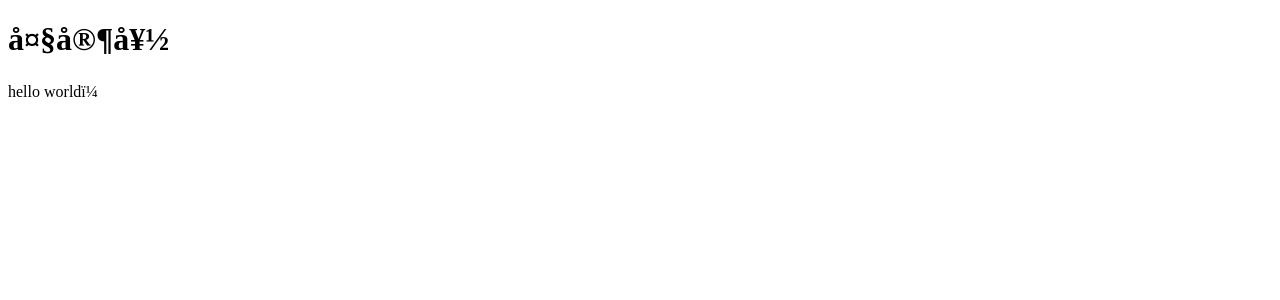
Repository: LauJoeng/JavaEE
Page: http://localhost/JspBaseElementDemo/
These files come from the project's save history. The page is drawn as it stood at one moment and after the next save; the edit follows.
The browser window is 1280 px wide. The pictures show the whole page.
The page is served by Tomcat 9.

Above is the page before, as saved 2017-11-19 08:15:07.

After the next save:
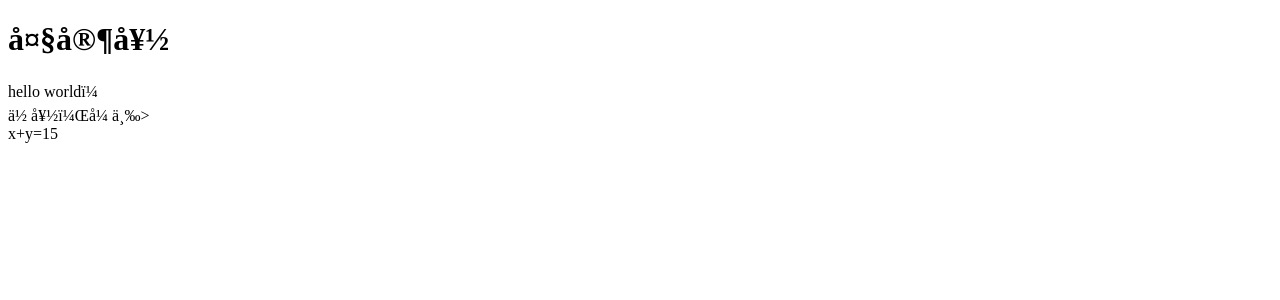
Saved 5 min 30 s later.
--- a/JspBaseElementDemo/WebContent/index.jsp
+++ b/JspBaseElementDemo/WebContent/index.jsp
@@ -7,16 +7,23 @@
 <title>Insert title here</title>
 </head>
 <body>
-<h1>大家好</h1>
-
-<!--  注释-->
-
-<%-- 我是jsp注释 --%>
-
-<%
-	//单行注释
-	/*多行注释*/
-	out.println("hello world！");
-%>
+	<h1>大家好</h1>
+	<!--  注释-->
+	<%-- 我是jsp注释 --%>
+	<%!
+		String s = "张三";
+		int add(int x,int y)
+		{
+			return x+y;
+		}
+	%>
+	<%
+		//单行注释
+		/*多行注释*/
+		out.println("hello world！");
+	%>
+	<br>
+	你好，<%=s %>><br>
+	x+y=<%=add(10,5) %>
 </body>
 </html>
